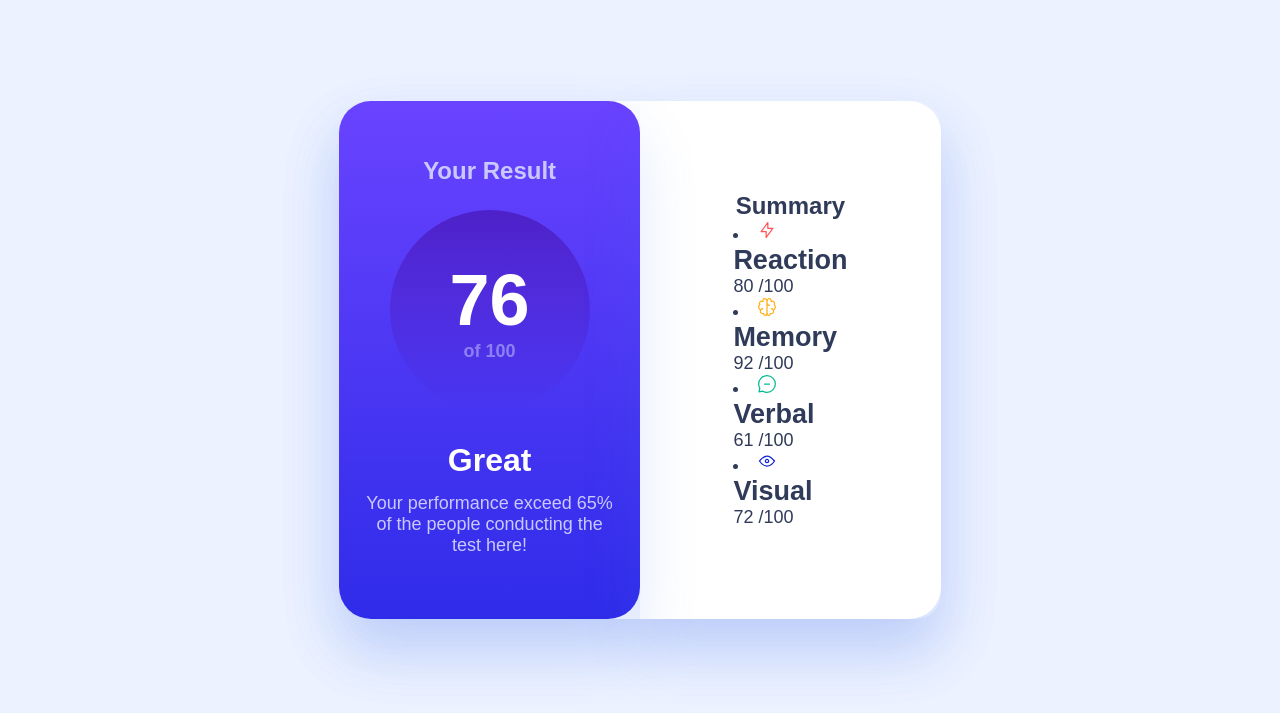
Repository: KamoliddinGIT/result-summary
Page: index.html
These files come from the project's save history. The page is drawn as it stood at one moment and after the next save; the edit follows.
The browser window is 1280 px wide. The pictures show the whole page.
Some web fonts or font styles are not loaded; a fallback is used.

Above is the page before, as saved 2023-09-08 15:59:41.

After the next save:
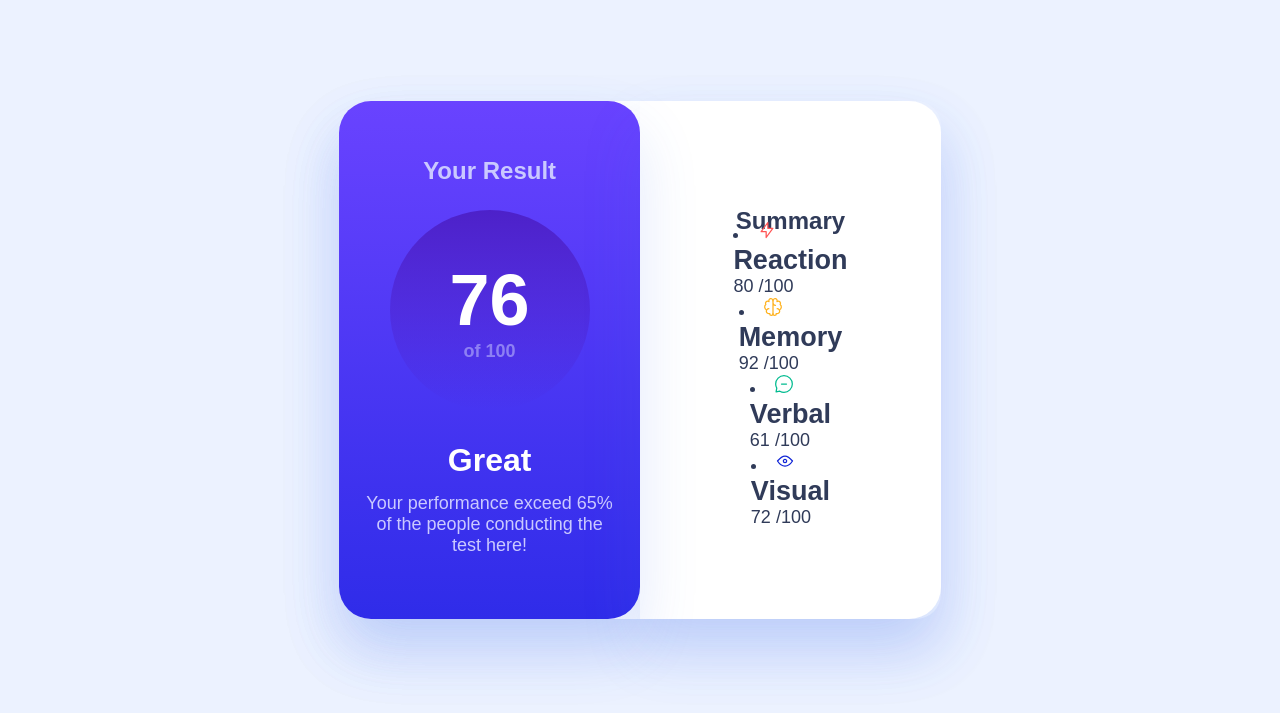
Saved 56 s later.
--- a/css/style.css
+++ b/css/style.css
@@ -149,3 +149,12 @@ body {
   font-size: 24px;
   font-weight: bold;
 }
+
+.summary__stats {
+  width: 288px;
+  height: 278px;
+  display: flex;
+  flex-direction: column;
+  justify-content: center;
+  align-items: center;
+}
